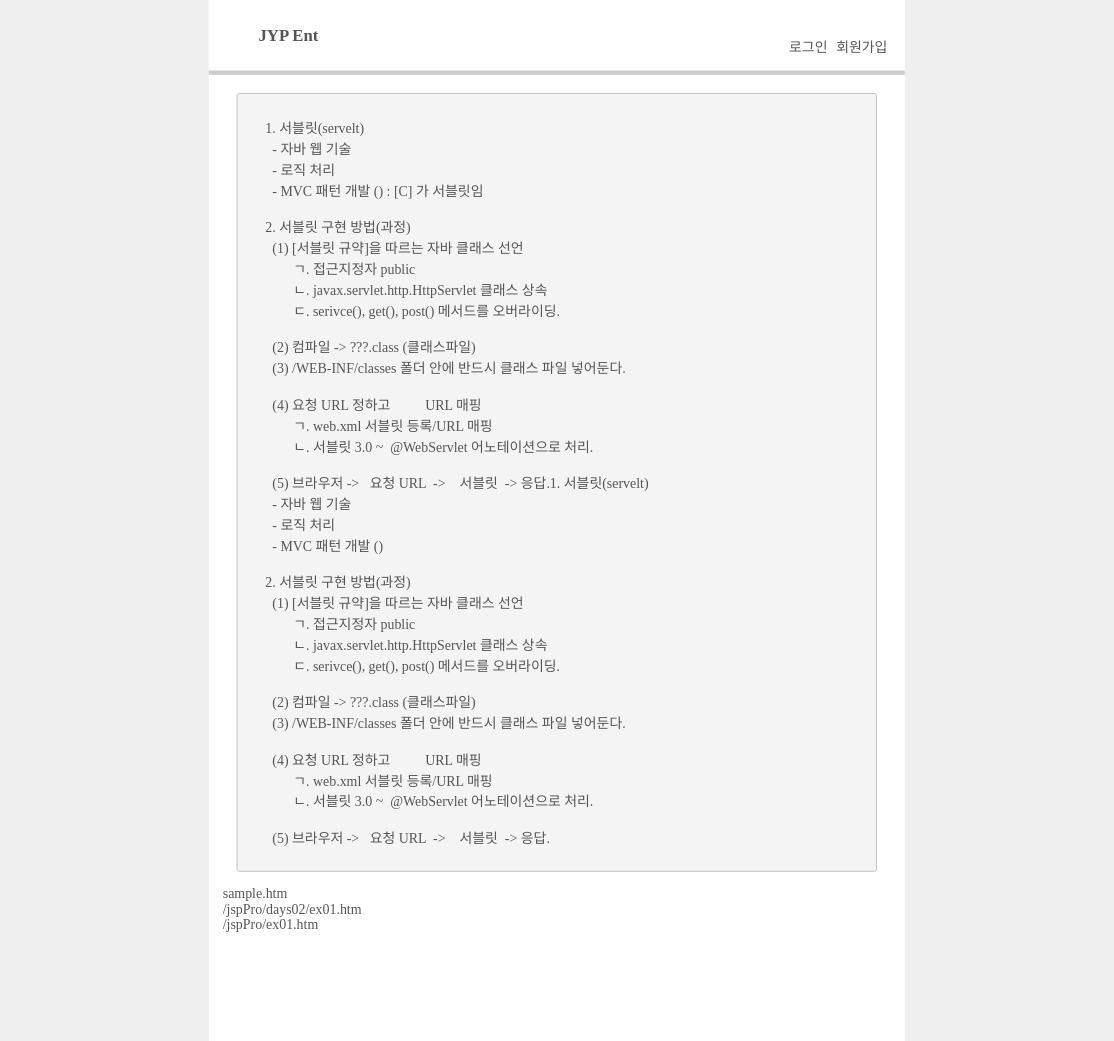
Repository: junyong231/JSP-SSIT
Page: http://localhost/jspPro/days02/ex03.jsp
An editor plug-in stored every save of this project. The page is shown before and after the next save, followed by the edit.
The browser window is 1280 px wide. The pictures show the whole page, at 87% of full size.
Some web fonts or font styles are not loaded; a fallback is used. The page is served by Tomcat 9.

Above is the page before, as saved 2024-10-16 07:19:14.

After the next save:
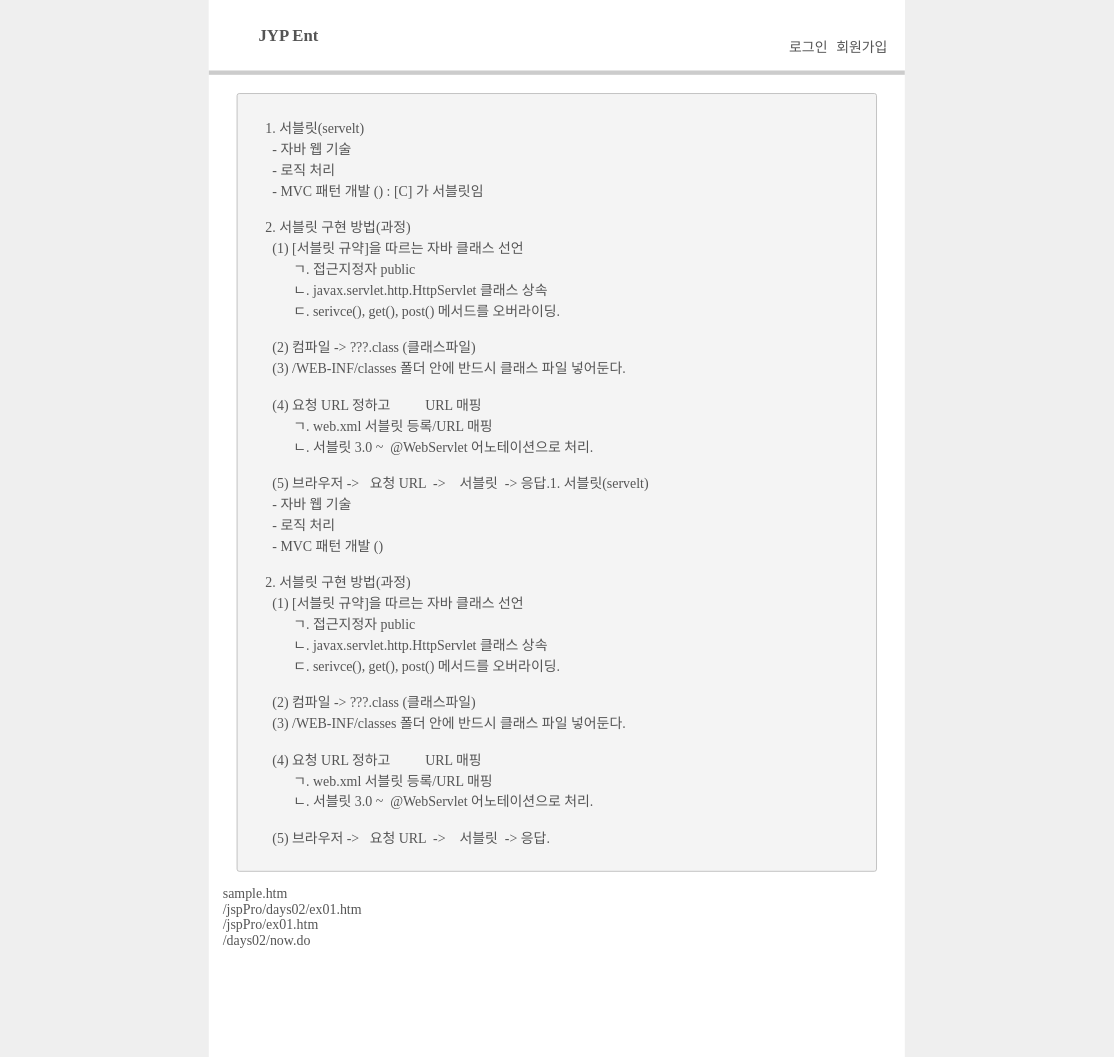
Saved 3 min 1 s later.
--- a/jspPro/src/main/webapp/days02/ex03.jsp
+++ b/jspPro/src/main/webapp/days02/ex03.jsp
@@ -69,6 +69,7 @@
   <a href="/jspPro/days02/ex01.htm">/jspPro/days02/ex01.htm</a><br />
   <a href="/jspPro/ex01.htm">/jspPro/ex01.htm</a><br />
 
+  <a href="/days02/now.do">/days02/now.do</a><br />
 </div>
 </body>
 </html>
